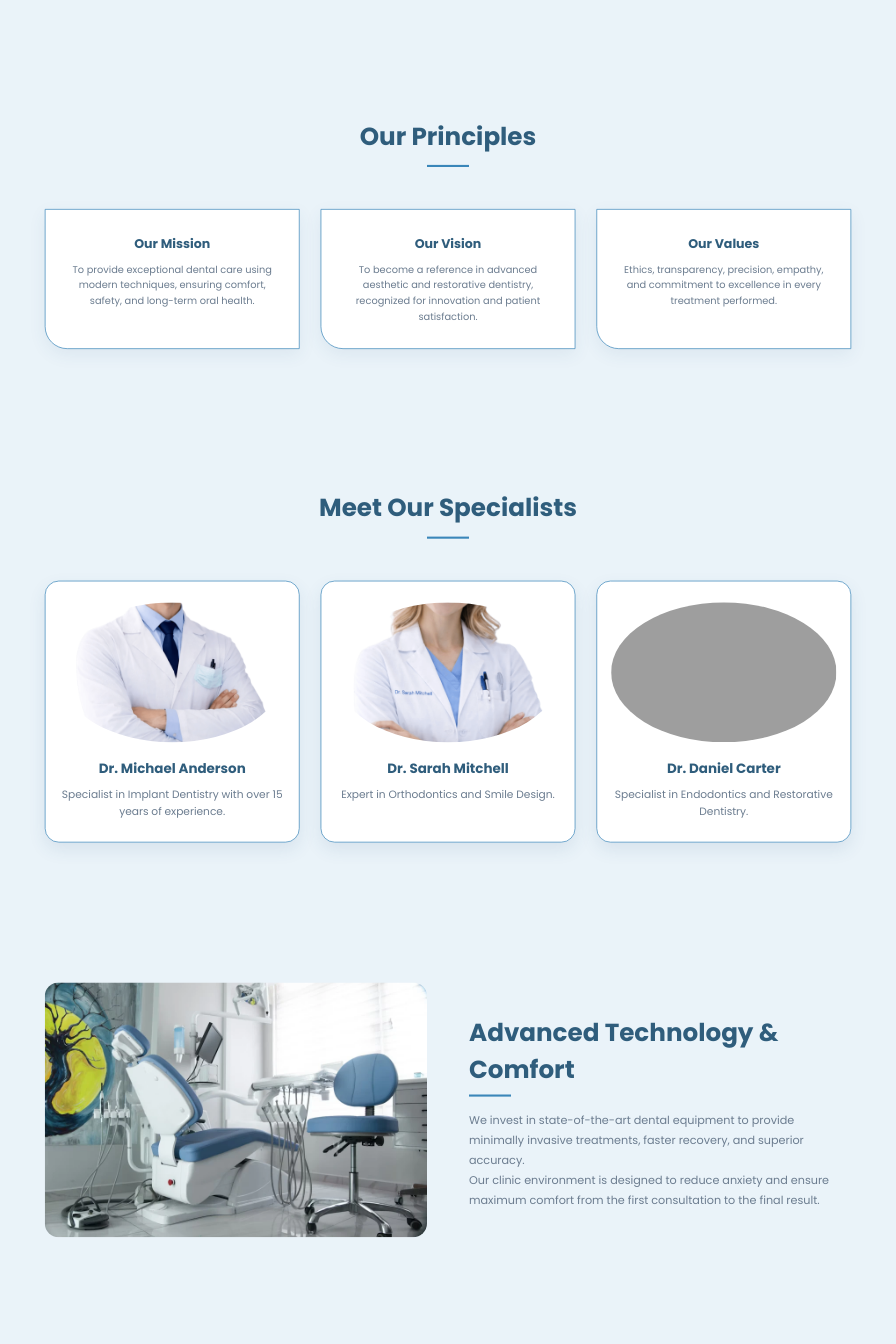
Repository: davidfsillva/OdontoPrime
Page: about.html
These files come from the project's save history. The page is drawn as it stood at one moment and after a run of saves; the edit follows.
The browser window is 1280 px wide. The pictures show the part of the page from y = 981 to 2901 px (the page is 3411 px tall), at 70% of full size.
Pictures or frames that could not be fetched are drawn as grey boxes. A picture or video elsewhere on the page could not be fetched, so the positions and the page height are approximate.

Above is the page before, as saved 2026-02-16 22:59:27.

### about.html
<!DOCTYPE html>
<html lang="en">
<head>
<meta charset="UTF-8">
<meta name="viewport" content="width=device-width, initial-scale=1.0">
<title>About - OdontoPrime Excellence</title>

<link rel="stylesheet" href="style.css">
<link href="https://fonts.googleapis.com/css2?family=Poppins:wght@300;400;600;700&display=swap" rel="stylesheet">
</head>


<body>

<!-- HEADER -->
<header>
    <div class="container nav-container">
        <div class="logo">OdontoPrime</div>

        <nav id="nav">
            <a href="index.html">Home</a>
            <a href="about.html" class="active">About</a>
            <a href="services.html">Services</a>
            <a href="contact.html">Contact</a>
        </nav>

        <div class="menu-toggle" onclick="toggleMenu()">☰</div>
    </div>
</header>

<!-- HERO ABOUT -->
<section class="hero hero-about">
    <div class="container hero-content">
        <div class="hero-text">
            <h1>About OdontoPrime Excellence</h1>
            <p>
                Dedicated to delivering advanced dental care with precision,
                innovation, and a patient-centered approach.
            </p>
        </div>
    </div>
</section>

<!-- OUR STORY -->
<section class="about-preview">
    <div class="container about-grid">
        <div class="about-text">
            <h2>Our Story</h2>
            <p>
                Founded over a decade ago, OdontoPrime Excellence was created with a clear mission:
                to redefine modern dentistry through innovation, comfort, and excellence.
                Our clinic combines advanced technology with a humanized approach,
                ensuring each patient receives personalized and comprehensive care.
            </p>

            <p>
                Over the years, we have built a reputation for delivering long-lasting results,
                aesthetic precision, and preventive solutions that promote complete oral health.
            </p>
        </div>

        <div class="about-image">
            <img src="img/clinic-interior.webp" alt="Dental clinic interior">
        </div>
    </div>
</section>

<!-- MISSION VISION VALUES -->
<section class="departments">
    <div class="container">
        <h2>Our Principles</h2>

        <div class="dept-grid">

            <div class="card">
                <h3>Our Mission</h3>
                <p>
                    To provide exceptional dental care using modern techniques,
                    ensuring comfort, safety, and long-term oral health.
                </p>
            </div>

            <div class="card">
                <h3>Our Vision</h3>
                <p>
                    To become a reference in advanced aesthetic and restorative dentistry,
                    recognized for innovation and patient satisfaction.
                </p>
            </div>

            <div class="card">
                <h3>Our Values</h3>
                <p>
                    Ethics, transparency, precision, empathy, and commitment
                    to excellence in every treatment performed.
                </p>
            </div>

        </div>
    </div>
</section>

<!-- OUR TEAM -->
<section class="departments about-cards">
    <div class="container">
        <h2>Meet Our Specialists</h2>

        <div class="dept-grid">

            <div class="card">
                <img src="img/dr - Copia.png" alt="Lead dentist">
                <h3>Dr. Michael Anderson</h3>
                <p>Specialist in Implant Dentistry with over 15 years of experience.</p>
            </div>

            <div class="card">
                <img src="img/sara.png" alt="Orthodontist">
                <h3>Dr. Sarah Mitchell</h3>
                <p>Expert in Orthodontics and Smile Design.</p>
            </div>

            <div class="card">
                <img src="img/dentist3.webp" alt="Endodontist">
                <h3>Dr. Daniel Carter</h3>
                <p>Specialist in Endodontics and Restorative Dentistry.</p>
            </div>

        </div>
    </div>
</section>

<!-- WHY CHOOSE US EXTENDED -->
<section class="about-preview">
    <div class="container about-grid">

        <div class="about-image">
            <img src="img/photo.webp" alt="Dental technology">
        </div>

        <div class="about-text">
            <h2>Advanced Technology & Comfort</h2>
            <p>
                We invest in state-of-the-art dental equipment to provide
                minimally invasive treatments, faster recovery, and superior accuracy.
            </p>

            <p>
                Our clinic environment is designed to reduce anxiety and ensure
                maximum comfort from the first consultation to the final result.
            </p>
        </div>

    </div>
</section>

<!-- CALL TO ACTION -->
<section class="departments">
    <div class="container" style="text-align:center;">
        <h2>Ready to Transform Your Smile?</h2>
        <p style="max-width:600px; margin:20px auto; color:var(--text-medium);">
            Schedule your consultation today and discover a new standard of dental excellence.
        </p>

        <a href="contact.html" class="btn-view">Book Your Consultation</a>
    </div>
</section>

<!-- FOOTER -->
<footer>
    <p>© 2026 OdontoPrime - All Rights Reserved</p>
</footer>


<!-- BOTÃO VOLTAR AO TOPO -->
<a href="#" class="back-to-top" id="backToTop">↑</a>

<script src="script.js"></script>


</body>
</html>

### style.css
:root{

    --primary-blue: #2F5D7C;
    --secondary-blue: #4F7FA3;
    --accent-blue: #3A86B9;

    --bg-light: #EAF3F9;
    --white: #FFFFFF;
    --off-white: #E6EEF5;

    --text-dark: #2E3A46;
    --text-medium: #6B7C8F;

    --hero-gradient-start: rgba(47, 93, 124, 0.95);
    --hero-gradient-end: rgba(79, 127, 163, 0.85);

    --shadow-soft: 0 5px 20px rgba(47, 93, 124, 0.08);
}

*{
    margin:0;
    padding:0;
    box-sizing:border-box;
    font-family:'Poppins', sans-serif;
}

body{
    background:var(--bg-light);
    color:var(--text-dark);
}

.container{
    width:90%;
    max-width:1200px;
    margin:auto;
}

/* HEADER */

nav{
    display:flex;
    align-items:center;
}

header{
    position:absolute;
    width:100%;
    padding:25px 0;
    z-index:1000;
    background:transparent;
}

.nav-container{
    display:flex;
    justify-content:space-between;
    align-items:center;
}

.logo{
    font-weight:700;
    font-size:1.9rem;
    color:var(--white);
    text-shadow: 0 3px 8px rgba(0, 0, 0, 0.5);
}

nav a{
    margin-left:25px;
    text-decoration:none;
    color:var(--white);
    font-weight:500;
    transition:0.3s;
}

nav a:hover{
    color:var(--accent-blue);
}

.menu-toggle{
    display:none;
    font-size:24px;
    cursor:pointer;
    color:var(--white);
}

nav a.active{
    color: var(--accent-blue);
    font-weight: 600;
    position: relative;
}

/* HERO */

.hero{
    min-height:100vh;
    display:flex;
    align-items:center;
    background:
    linear-gradient(to right,
    rgba(79, 127, 163, 0.438),
    rgba(58, 134, 185, 0.048)),
    url('img/hero.webp') center/cover no-repeat;
    color:var(--white);
    padding:0 0;
    position:relative;
}

.hero-content{
    width:100%;
}

.hero-text{
    max-width:600px;
}

.hero h1{
    font-size:2.8rem;
    margin-bottom:20px;
    font-weight:700;
    line-height:1.2;
    text-shadow: 0 3px 8px rgba(0, 0, 0, 0.5);
}

.hero p{
    margin-bottom:25px;
    max-width:500px;
    font-size:16px;
    line-height:1.6;
    color:var(--white);
    text-shadow: 0 3px 8px rgba(0, 0, 0, 0.5);
}

.hero-about{
    background: var(--primary-blue);
    min-height: 60vh;
}


/* HERO STATS */

.hero-stats{
    position:absolute;
    bottom:0px;
    left:60%;
    transform:translateX(-50%);
    width:90%;
    max-width:1100px;
    display:grid;
    grid-template-columns:repeat(auto-fit, minmax(180px,1fr));
    gap:20px;
    padding:25px 40px;
    background:rgba(255,255,255,0.15);
    backdrop-filter:blur(15px);
    -webkit-backdrop-filter:blur(15px);
    border-radius:20px 0px 0px 0px;
    border:1px solid rgba(255,255,255,0.2);
}

.stat-item{
    text-align:center;
    color:var(--white);
}

.stat-item h2{
    font-size:2rem;
    font-weight:700;
}

.stat-item p{
    font-size:0.9rem;
    opacity:0.9;
}

/* BUTTONS */

.btn{
    padding:14px 30px;
    background:var(--white);
    border:none;
    color:var(--primary-blue);
    font-weight:600;
    border-radius:30px;
    cursor:pointer;
    transition:0.3s;
}

.btn:hover{
    background:var(--accent-blue);
    color:var(--white);
    transform:translateY(-3px);
}

.btn-view {
    padding:14px 30px;
    background:var(--accent-blue);
    border:none;
    color:var(--white);
    font-weight:600;
    border-radius:30px;
    cursor:pointer;
    transition:0.3s;
    text-decoration: none;
    text-align: center;
    display: block;
    width: fit-content;
    margin:40px auto 0;
}

.btn-view:hover {
    transform: translateY(-5px);
    box-shadow: 0 15px 30px rgba(0,0,0,0.2);
}

/* ABOUT */
.about-image{
    position:relative;
    overflow:hidden;
}


.about-preview{
    padding:100px 0;
}

.about-grid{
    display:grid;
    grid-template-columns:1fr 1fr;
    gap:60px;
    align-items:center;
}

.about-text h2{
    font-size:2.2rem;
    color:var(--primary-blue);
    margin-bottom:20px;
    position:relative;
}

.about-text h2::after{
    content:"";
    width:60px;
    height:3px;
    background:var(--accent-blue);
    display:block;
    margin-top:10px;
}

.about-text p{
    font-size:16px;
    line-height:1.8;
    color:var(--text-medium);
}

.about-grid img:not(.lead-dentist){
    width:100%;
    border-radius:20px;
}

.lead-dentist {
    border-radius: 30px; /* cantos arredondados */
    width: 60%;
    height: auto;
    margin: 0 auto;
    box-shadow: 0 8px 20px rgba(0,0,0,0.2); /* opcional: sombra suave */
    display: flex;
    justify-content: center; /* centraliza horizontalmente */
    align-items: center;     /* centraliza verticalmente se tiver altura */
}

/* DEPARTMENTS */

.departments{
    padding:100px 0;
}

.departments h2{
    text-align:center;
    font-size:2.2rem;
    color:var(--primary-blue);
    margin-bottom:60px;
    position:relative;
}

.departments h2::after{
    content:"";
    width:60px;
    height:3px;
    background:var(--accent-blue);
    display:block;
    margin:15px auto 0;
}

.dept-grid{
    display:grid;
    grid-template-columns: repeat(auto-fit, minmax(280px, 1fr));
    gap:30px;
}


.card {
    background:var(--white);
    padding:35px 25px;
    text-align:center;
    border-radius:18px;
    box-shadow:0 8px 25px rgba(47,93,124,0.08);
    transition:0.3s ease;


    border-radius: 0 0 0 32px;
    border:1px solid #3A86B9;

}

.why-card{
    border: none;
}


.card:hover{
    transform:translateY(-6px);
    box-shadow:0 15px 35px rgba(47,93,124,0.15);
}

.card img{
    width:60px;
    margin-bottom:15px;
}

.card h3{
    font-size:18px;
    margin-bottom:12px;
    color:var(--primary-blue);
}

.card p{
    font-size:14px;
    line-height:1.6;
    color:var(--text-medium);
}

/* WHY SECTION FULL IMAGE CARDS */

.why-card {
    position: relative;
    overflow: hidden;
    padding: 0;
    height: 350px;
    border-radius: 20px;
}

.why-card img {
    width: 100%;
    height: 100%;
    object-fit: cover;
    display: block;
}

.why-card .card-content {
    position: absolute;
    bottom: 0;
    width: 100%;
    padding: 25px;
    background: linear-gradient(
        to top,
        rgba(0,0,0,0.75),
        rgba(0,0,0,0.2)
    );
    color: var(--white);
}

.why-card h3 {
    margin-bottom: 8px;
    color: var(--white);
}

.why-card p {
    color: rgba(255,255,255,0.9);
    font-size: 14px;
}


/* WHY US */

.why-us{
    padding:100px 0;
    background:var(--white);
}

.why-us h2{
    text-align:center;
    font-size:2.2rem;
    margin-bottom:60px;
    color:var(--primary-blue);
    position:relative;
}

.why-us h2::after{
    content:"";
    width:60px;
    height:3px;
    background:var(--accent-blue);
    display:block;
    margin:15px auto 0;
}

.contact-grid{
    display:grid;
    grid-template-columns:1fr 1fr;
    gap:60px;
    align-items:start;
}

/* BOTÃO VOLTAR AO TOPO */
.back-to-top {
    position: fixed;       /* fixa na tela */
    bottom: 30px;          /* distância do rodapé */
    right: 30px;           /* distância da borda direita */
    background: var(--accent-blue);
    color: var(--white);
    padding: 12px 18px;
    border-radius: 50px;   /* deixa arredondado */
    text-decoration: none;
    font-weight: 600;
    font-size: 12px;
    box-shadow: 0 8px 20px rgba(0,0,0,0.2);
    transition: 0.3s;
    opacity: 0;            /* inicialmente invisível */
    pointer-events: none;  /* não clicável até aparecer */
    z-index: 1000;
}

.back-to-top:hover {
    background: var(--off-white);
    transform: translateY(-3px);
    color: black;
}

/* quando visível */
.back-to-top.show {
    opacity: 1;
    pointer-events: auto;
}

/* CARDS ESPECÍFICOS DA PÁGINA ABOUT */
.departments.about-cards .card {
    border-radius: 20px;       /* cantos arredondados diferentes */
    padding: 30px 20px;        /* ajuste do padding */
    box-shadow: 0 10px 25px rgba(47,93,124,0.1); /* sombra personalizada */
    transition: transform 0.3s ease, box-shadow 0.3s ease;
}

.departments.about-cards .card:hover {
    transform: translateY(-5px);
    box-shadow: 0 15px 35px rgba(47,93,124,0.2);
}

.departments.about-cards .card h3 {
    font-size: 1.2rem;
    color: var(--primary-blue);
}

.departments.about-cards .card p {
    font-size: 0.95rem;
    line-height: 1.6;
    color: var(--text-medium);
}

/* CARDS ABOUT - imagens maiores */
.departments.about-cards .card img {
    width: 100%;        /* aumenta a largura da imagem */
    height: 200px;       /* altura proporcional */
    object-fit: cover;  /* garante que a imagem preencha sem distorcer */
    border-radius: 50%; /* opcional: deixa a imagem redonda */
}





/* FOOTER */

footer{
    background:var(--primary-blue);
    color:var(--white);
    text-align:center;
    padding:30px;
    font-size:14px;
}

/* RESPONSIVE */

/* =========================
   RESPONSIVE
========================= */
@media (max-width: 768px) {

    /* NAVIGATION */
    nav {
        position: absolute;
        top: 80px;
        right: 0;
        background: var(--white);
        flex-direction: column;
        width: 200px;
        display: none;
        box-shadow: var(--shadow-soft);
    }

    nav a {
        padding: 15px;
        margin: 0;
        border-bottom: 1px solid var(--off-white);
        color: var(--text-dark);
    }

    nav.active {
        display: flex;
    }

    .menu-toggle {
        display: block;
    }

        /* HERO INTERNO (about, services, contact) */
    .hero-about,
    .hero-services,
    .hero-contact {
        min-height: 45vh;
        display: flex;
        align-items: center;
        justify-content: center;
        text-align: center;
        padding: 100px 20px 40px;
    }

    .hero-about h1,
    .hero-services h1,
    .hero-contact h1 {
        font-size: 1.6rem;
    }

    .hero-about p,
    .hero-services p,
    .hero-contact p {
        font-size: 0.95rem;
        max-width: 100%;
        margin: 0 auto;
    }

    /* ABOUT GRID */
    .about-grid {
        grid-template-columns: 1fr;
        gap: 30px;
        text-align: center;
    }

    .about-text h2 {
        font-size: 1.6rem;
    }

    /* DEPARTMENTS / SERVICES GRID */
    .dept-grid {
        grid-template-columns: 1fr;
        gap: 20px;
    }

    .card {
        padding: 25px 20px;
    }

    /* WHY SECTION */
    .why-us {
        padding: 70px 0;
    }

    .why-card {
        height: 280px;
    }

    /* CONTACT PAGE (caso tenha form grid) */
    .contact-grid {
        grid-template-columns: 1fr;
        gap: 30px;
    }

    .contact-form input,
    .contact-form textarea {
        width: 100%;
    }

    .hero {
        flex-direction: column;
        justify-content: center;
        align-items: center;
        text-align: center;
        padding: 20px 20px 0;
        background:
            linear-gradient(to top,
            rgba(47, 93, 124, 0.048),
            rgba(47, 93, 124, 0.2)),
            url('img/hero-mobile.webp') center/cover no-repeat;
    }



    .hero h1 {
        font-size: 1.8rem;
    }

    .hero p {
        max-width: 100%;
    }

        .hero-stats {
        left: 50%;
        transform: translateX(-50%);
        width: 95%;
        max-width: 100%;
        border-radius: 20px 20px 0 0;
        padding: 10px 12px 10px;
        gap: 1px;
        grid-template-columns: repeat(2, 1fr);
    }

    .stat-item h2 {
        font-size: 1.4rem;
    }

    .stat-item p {
        font-size: 0.75rem;
    }



}

### script.js
// TOGGLE MENU MOBILE
function toggleMenu() {
    document.getElementById("nav").classList.toggle("active");
}

// BOTÃO VOLTAR AO TOPO
const backToTopButton = document.getElementById('backToTop');

// Mostrar o botão quando a página for rolada 300px ou mais
window.addEventListener('scroll', () => {
    if (window.scrollY > 300) {
        backToTopButton.classList.add('show');
    } else {
        backToTopButton.classList.remove('show');
    }
});

// Rolar suavemente até o topo ao clicar
backToTopButton.addEventListener('click', (e) => {
    e.preventDefault();
    window.scrollTo({ top: 0, behavior: 'smooth' });
});

After the next 2 saves:
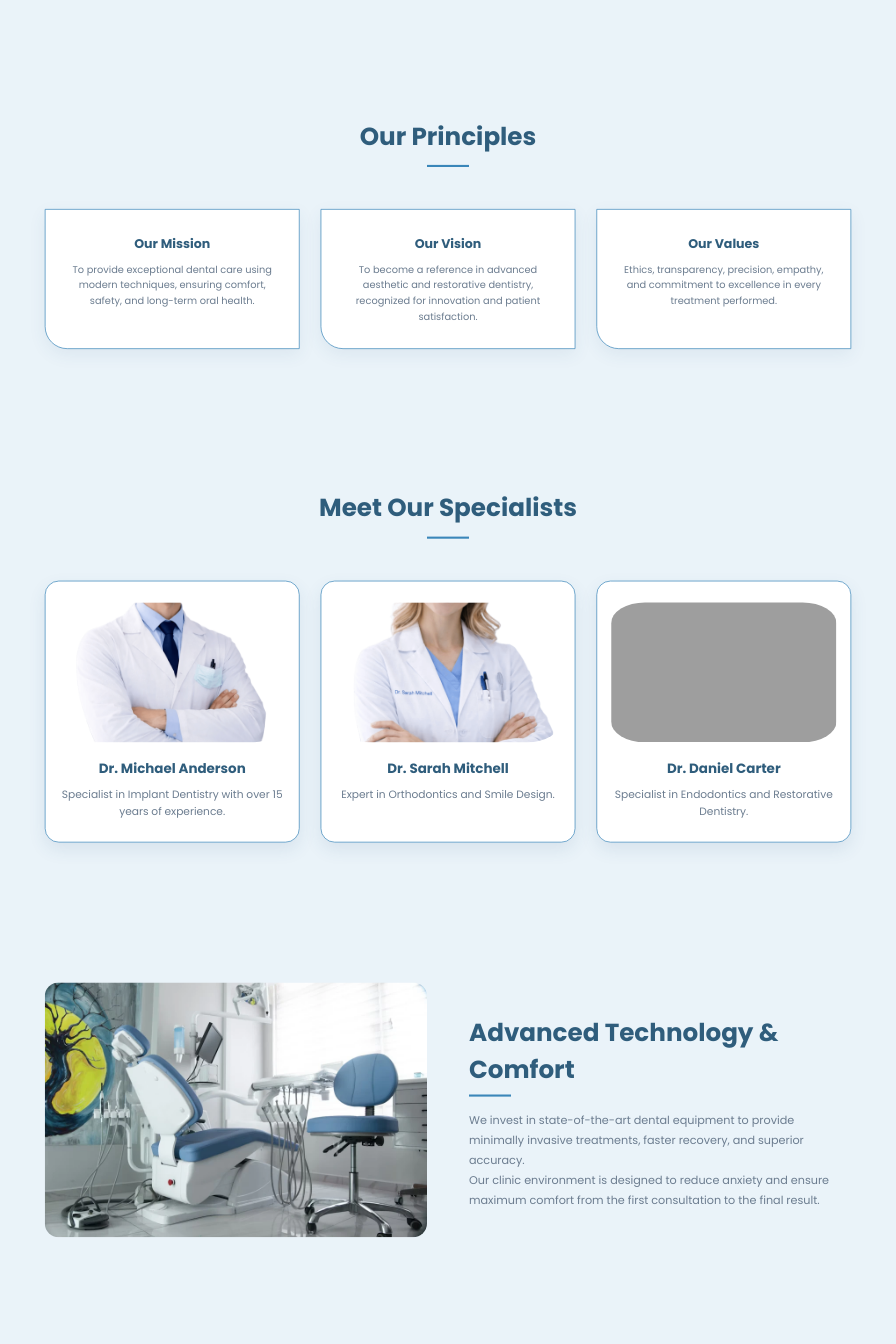
The 2 saves are shown as one change because they came seconds apart.
The last was saved 24 s later.
--- a/style.css
+++ b/style.css
@@ -469,7 +469,7 @@ nav a.active{
     width: 100%;        /* aumenta a largura da imagem */
     height: 200px;       /* altura proporcional */
     object-fit: cover;  /* garante que a imagem preencha sem distorcer */
-    border-radius: 50%; /* opcional: deixa a imagem redonda */
+    border-radius: 15%; /* opcional: deixa a imagem redonda */
 }
 
 
